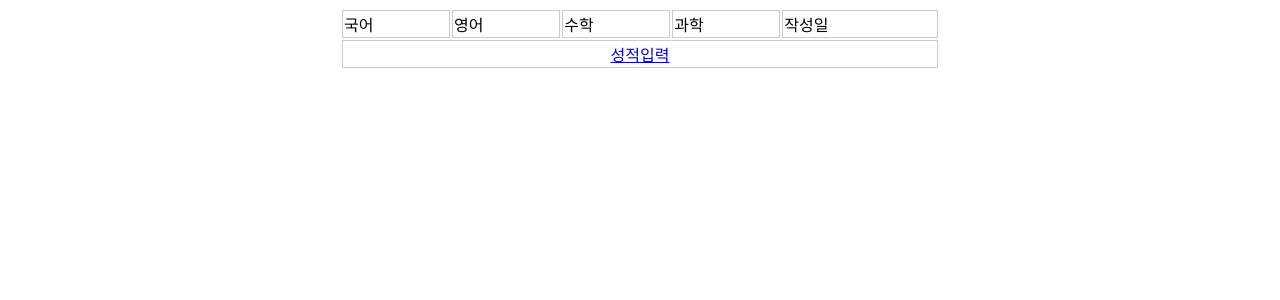
Repository: Billy-Jin/jsp
Page: http://localhost/sungview/sung_view.jsp
The author's editor kept a copy of each file at every save. The page is drawn from the files as they stood at one save, then again after the next save.
The browser window is 1280 px wide. The pictures show the whole page.
The page is served by Tomcat 9. Queries for data that is not in the repository find no rows.

Above is the page before, as saved 2020-12-07 08:34:57.

### jsp/sungview/WebContent/sung_view.jsp
<%@ page language="java" contentType="text/html; charset=UTF-8"
    pageEncoding="UTF-8"%>
<%@ page import="java.sql.*"  %>
<%
	// DB 연결
	Class.forName("com.mysql.jdbc.Driver");
	String db="jdbc:mysql://localhost:3306/pkc";
	String userid="root";
	String pw="1234";
	Connection conn=DriverManager.getConnection(db,userid,pw); // db정보,아이디,비번

	// request는 필요없음

	//쿼리생성
	String sql= "select * from score order by id desc";
	//심부름꾼 만들기
	Statement stmt = conn.createStatement();
	// 쿼리실행 후 결과를 ResultSet으로
	ResultSet rs= stmt.executeQuery(sql);
%>


<!DOCTYPE html>
<html>
<head>
<meta charset="UTF-8">
<title>Insert title here</title>
<style type="text/css">
  td {
    border:1px solid #cccccc;
  }
</style>
</head>
<body>
	<table width="600" align="center">
		<tr>
			<td>국어</td>
			<td>영어</td>
			<td>수학</td>
			<td>과학</td>
			<td>작성일</td>
		</tr>
	<%
	while(rs.next())
	{
	%>
		<tr>
			<td><%=rs.getString("kor") %></td>
			<td><%=rs.getString("eng") %></td>
			<td><%=rs.getString("mat") %></td>
			<td><%=rs.getString("sci") %></td>
			<td><%=rs.getString("writeday") %></td>
	<%
	}
	%>
    	<tr>
    		<td colspan="5" align="center">
    		<a href="input.jsp">성적입력</a>
    		</td>
    	</tr>
	</table>
</body>
</html>

After the next save:
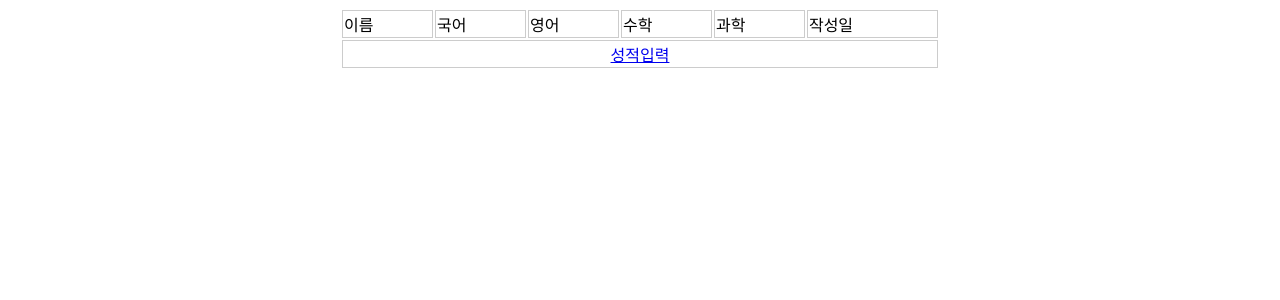
Saved 24 s later.
--- a/jsp/sungview/WebContent/sung_view.jsp
+++ b/jsp/sungview/WebContent/sung_view.jsp
@@ -34,6 +34,7 @@
 <body>
 	<table width="600" align="center">
 		<tr>
+			<td>이름</td>
 			<td>국어</td>
 			<td>영어</td>
 			<td>수학</td>
@@ -45,6 +46,7 @@
 	{
 	%>
 		<tr>
+			<td><%=rs.getString("name") %></td>
 			<td><%=rs.getString("kor") %></td>
 			<td><%=rs.getString("eng") %></td>
 			<td><%=rs.getString("mat") %></td>
@@ -54,7 +56,7 @@
 	}
 	%>
     	<tr>
-    		<td colspan="5" align="center">
+    		<td colspan="6" align="center">
     		<a href="input.jsp">성적입력</a>
     		</td>
     	</tr>
